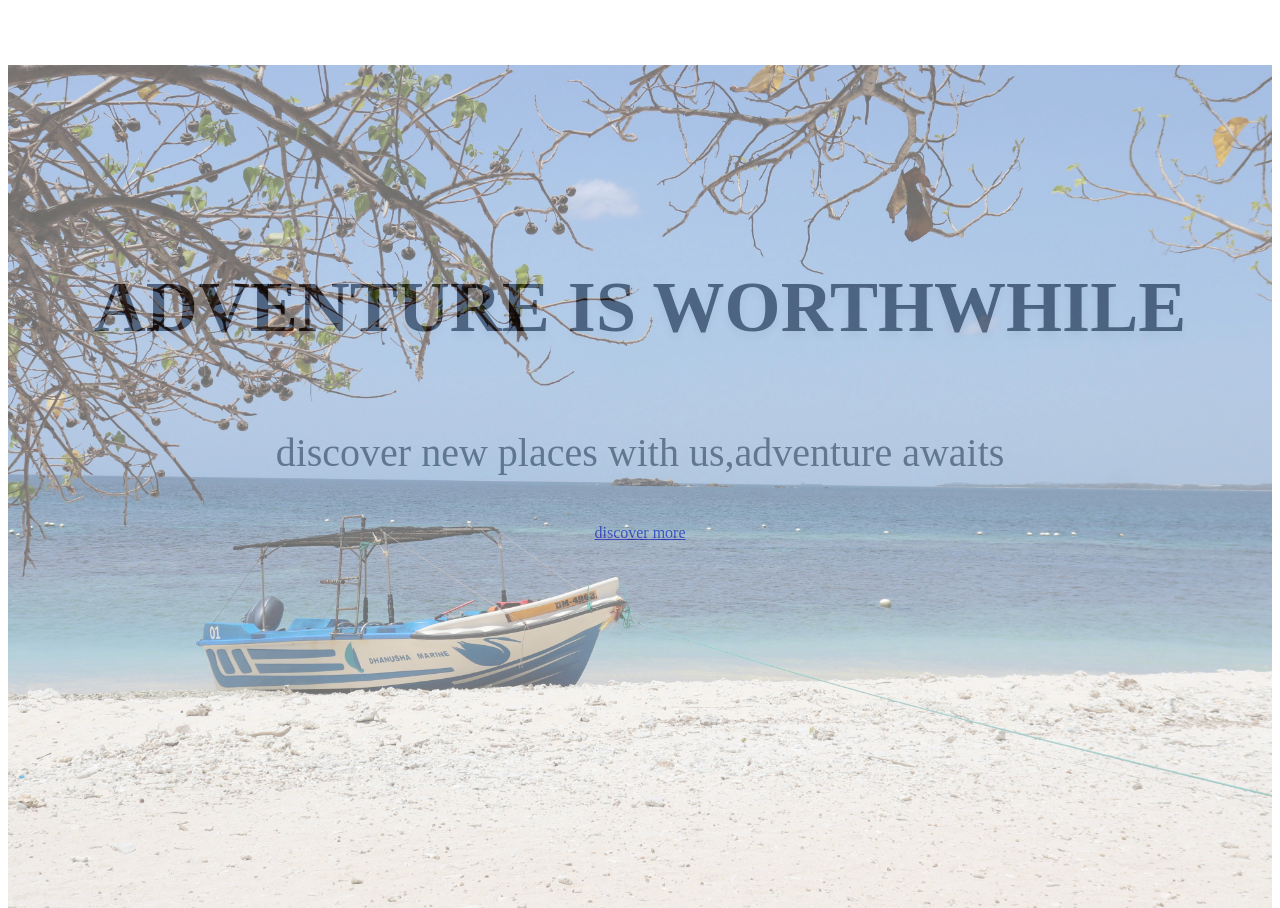
Repository: KasunInd27/Ceylon-Journey
Page: Home/home.html
An editor plug-in stored every save of this project. The page is shown before and after the next save, followed by the edit.
The browser window is 1280 px wide. The pictures show the whole page.

Above is the page before, as saved 2024-10-05 13:53:15.
Console error: SyntaxError: Unexpected token '<'

After the next save:
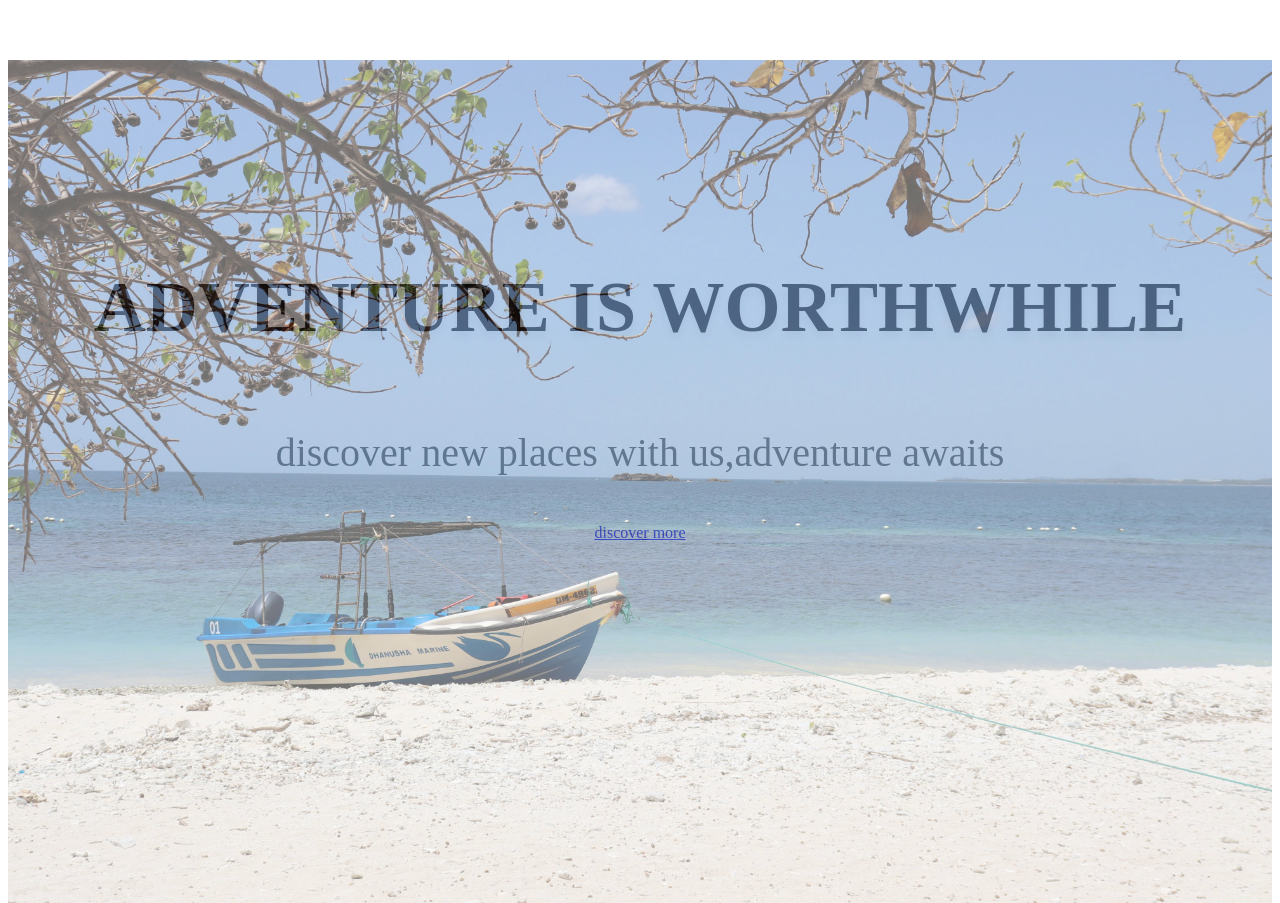
Saved 18 s later.
--- a/Home/CSS/home.css
+++ b/Home/CSS/home.css
@@ -69,7 +69,7 @@
 
 .slide
 {
-    margin-top: -390px;
+    margin-top: -400px;
     background-size:contain;
     background-position:center;
     background-repeat: no-repeat;
